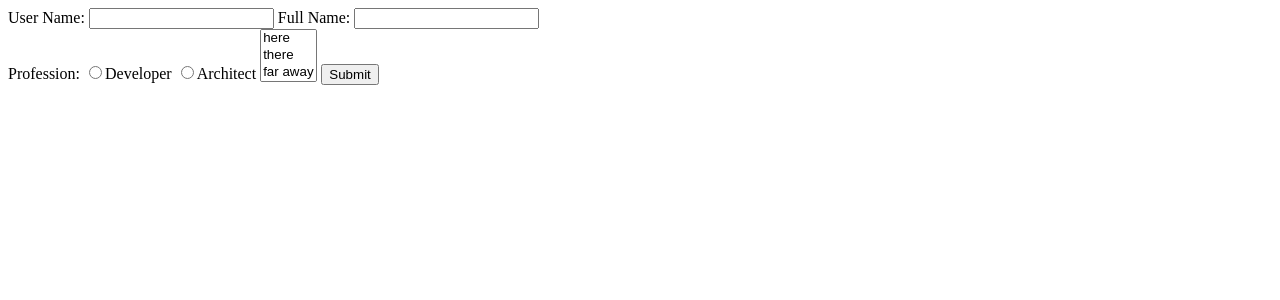
Repository: Yogi-Choudhary/AdvancedJava
Page: SimpalServletPjt/WebContent/index.html
These files come from the project's save history. The page is drawn as it stood at one moment and after the next save; the edit follows.
The browser window is 1280 px wide. The pictures show the whole page.

Above is the page before, as saved 2019-06-20 15:08:23.

After the next save:
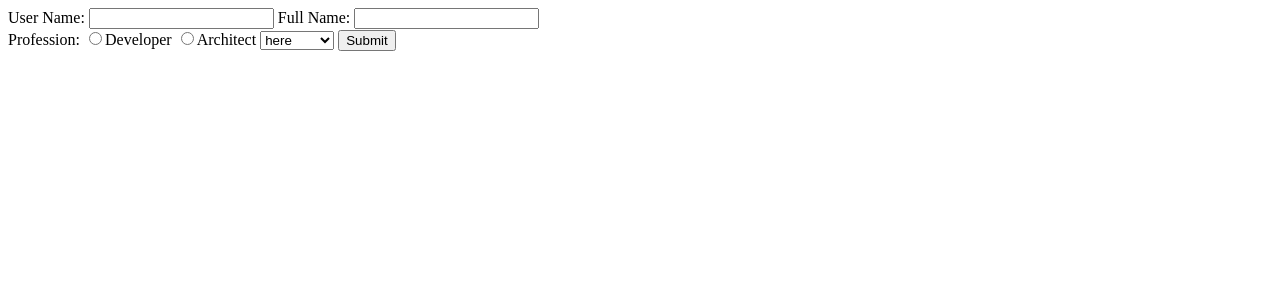
Saved 61 s later.
--- a/SimpalServletPjt/WebContent/index.html
+++ b/SimpalServletPjt/WebContent/index.html
@@ -12,7 +12,7 @@
       Profession:
       <input type="radio" name="prof" value="Developer">Developer</input>
       <input type="radio" name="prof" value="Architect">Architect</input>
-      <select name="location" multiple size=3>
+      <select name="location">
         <option value="here">here</option>
         <option value="there">there</option>
         <option value="far">far away</option>

After the save that followed:
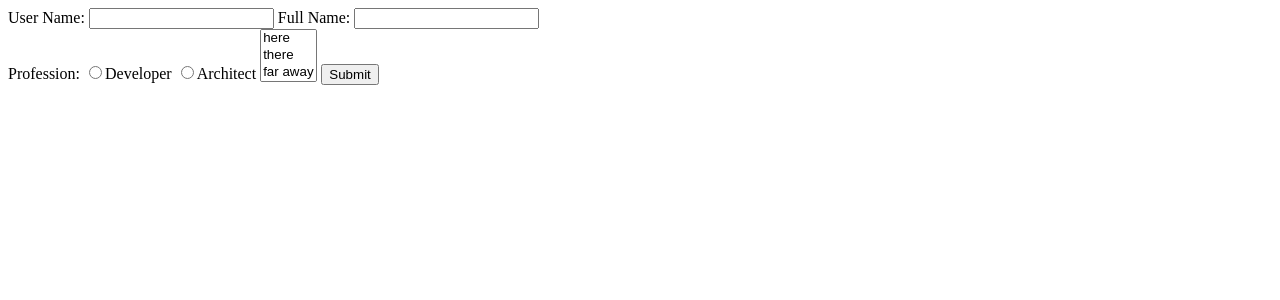
Saved 21 s later.
--- a/SimpalServletPjt/WebContent/index.html
+++ b/SimpalServletPjt/WebContent/index.html
@@ -12,7 +12,7 @@
       Profession:
       <input type="radio" name="prof" value="Developer">Developer</input>
       <input type="radio" name="prof" value="Architect">Architect</input>
-      <select name="location">
+      <select name="location" multiple size=3>
         <option value="here">here</option>
         <option value="there">there</option>
         <option value="far">far away</option>
